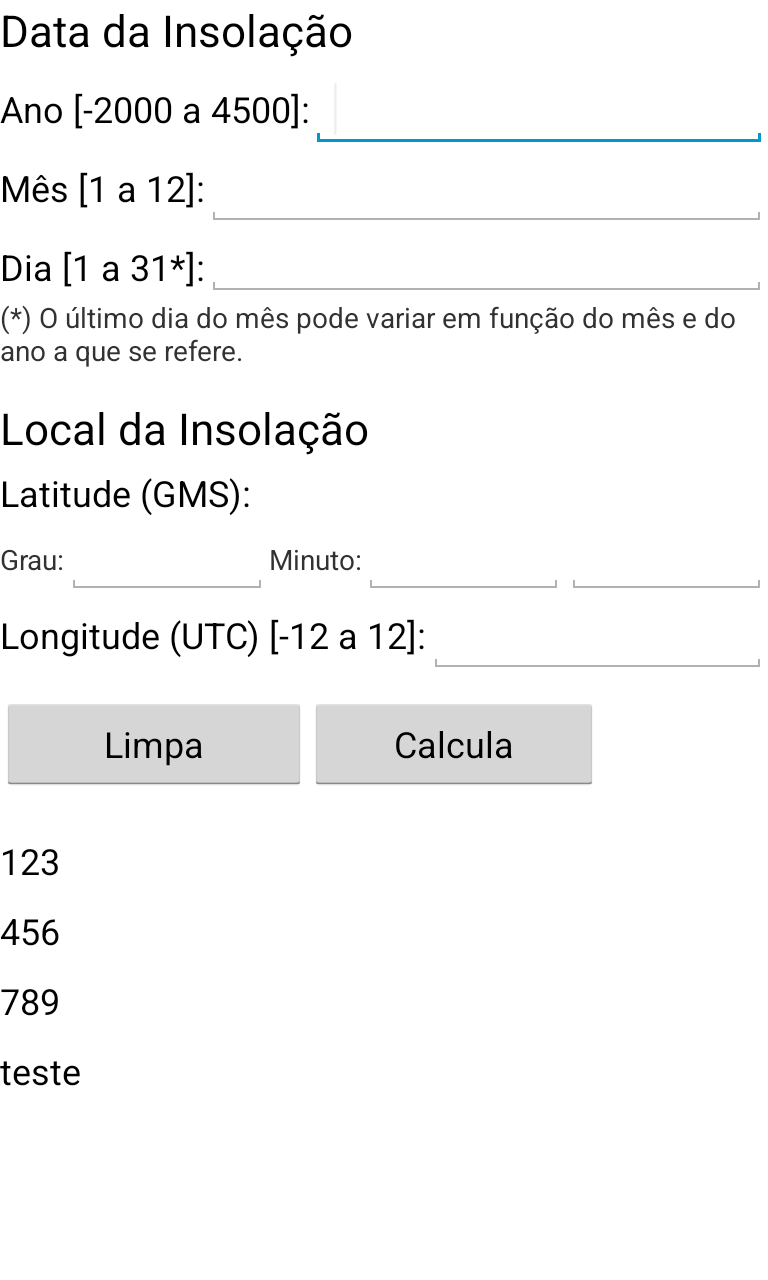
Repository: sergioPereiraBR/insolacao_terrestre
Layout: projeto/source code/InsolacaoTerrestre/res/layout/activity_insolacao_terrestre.xml
The author's editor kept a copy of each file at every save. The layout is drawn from the files as they stood at one save, then again after the next save.
It is drawn on a 768 x 1280 px phone screen (xhdpi) without system bars, with theme AppTheme; the app's code is not run.

Above is the layout before, as saved 2016-11-23 23:04:10.

### projeto/source code/InsolacaoTerrestre/res/layout/activity_insolacao_terrestre.xml
<LinearLayout xmlns:android="http://schemas.android.com/apk/res/android"
    xmlns:tools="http://schemas.android.com/tools"
    android:id="@+id/LinearLayout1"
    android:layout_width="match_parent"
    android:layout_height="match_parent"
    android:orientation="vertical"
    tools:context="${relativePackage}.${activityClass}" >

    <LinearLayout
        android:layout_width="fill_parent"
        android:layout_height="35dp" >

        <TextView
            android:id="@+id/textView4"
            android:layout_width="wrap_content"
            android:layout_height="wrap_content"
            android:text="Data da Insolação"
            android:textAppearance="?android:attr/textAppearanceLarge" />
    </LinearLayout>

    <LinearLayout
        android:layout_width="match_parent"
        android:layout_height="wrap_content" >

        <TextView
            android:id="@+id/textView5"
            android:layout_width="wrap_content"
            android:layout_height="wrap_content"
            android:text="Ano [-2000 a 4500]:"
            android:textAppearance="?android:attr/textAppearanceMedium" />

        <EditText
            android:id="@+id/editText1"
            android:layout_width="fill_parent"
            android:layout_height="wrap_content"
            android:layout_weight="1"
            android:ems="10"
            android:inputType="numberSigned" >

            <requestFocus android:layout_width="wrap_content" />

        </EditText>
    </LinearLayout>

    <LinearLayout
        android:layout_width="match_parent"
        android:layout_height="wrap_content"
        android:orientation="horizontal" >

        <TextView
            android:id="@+id/textView1"
            android:layout_width="wrap_content"
            android:layout_height="wrap_content"
            android:text="Mês [1 a 12]:"
            android:textAppearance="?android:attr/textAppearanceMedium" />

        <EditText
            android:id="@+id/editText2"
            android:layout_width="fill_parent"
            android:layout_height="wrap_content"
            android:layout_weight="0.39"
            android:ems="10"
            android:inputType="number" />

    </LinearLayout>

    <LinearLayout
        android:layout_width="match_parent"
        android:layout_height="wrap_content"
        android:orientation="vertical" >

        <LinearLayout
            android:layout_width="match_parent"
            android:layout_height="35dp" >

            <TextView
                android:id="@+id/textView2"
                android:layout_width="wrap_content"
                android:layout_height="wrap_content"
                android:text="Dia [1 a 31*]:"
                android:textAppearance="?android:attr/textAppearanceMedium" />

            <EditText
                android:id="@+id/editText3"
                android:layout_width="fill_parent"
                android:layout_height="wrap_content"
                android:layout_weight="1"
                android:ems="10"
                android:inputType="number" />
        </LinearLayout>

        <TextView
            android:id="@+id/textView11"
            android:layout_width="wrap_content"
            android:layout_height="50dp"
            android:layout_weight="1"
            android:text="(*) O último dia do mês pode variar em função do mês e do ano a que se refere."
            android:textAppearance="?android:attr/textAppearanceSmall" />

    </LinearLayout>

    <LinearLayout
        android:layout_width="match_parent"
        android:layout_height="35dp" >

        <TextView
            android:id="@+id/textView3"
            android:layout_width="wrap_content"
            android:layout_height="wrap_content"
            android:text="Local da Insolação"
            android:textAppearance="?android:attr/textAppearanceLarge" />

    </LinearLayout>

    <LinearLayout
        android:layout_width="match_parent"
        android:layout_height="wrap_content" >

        <TextView
            android:id="@+id/textView6"
            android:layout_width="wrap_content"
            android:layout_height="wrap_content"
            android:text="Latitude (GMS):"
            android:textAppearance="?android:attr/textAppearanceMedium" />

    </LinearLayout>

    <LinearLayout
        android:layout_width="match_parent"
        android:layout_height="wrap_content" >

        <TextView
            android:id="@+id/textView7"
            android:layout_width="wrap_content"
            android:layout_height="wrap_content"
            android:text="Grau:"
            android:textAppearance="?android:attr/textAppearanceSmall" />

        <EditText
        	android:id="@+id/editText4"
            android:layout_width="wrap_content"
            android:layout_height="wrap_content"
            android:layout_weight="1"
            android:ems="10"
            android:inputType="numberSigned" />


        <TextView
            android:id="@+id/textView8"
            android:layout_width="wrap_content"
            android:layout_height="wrap_content"
            android:text="Minuto:"
            android:textAppearance="?android:attr/textAppearanceSmall" />

        <EditText
            android:id="@+id/editText5"
            android:layout_width="wrap_content"
            android:layout_height="wrap_content"
            android:layout_weight="1"
            android:ems="10"
            android:inputType="number" />

        <EditText
            android:id="@+id/editText6"
            android:layout_width="wrap_content"
            android:layout_height="wrap_content"
            android:layout_weight="1"
            android:ems="10"
            android:inputType="numberDecimal" />

    </LinearLayout>

    <LinearLayout
        android:layout_width="match_parent"
        android:layout_height="50dp"
        android:orientation="horizontal" >

        <Space
            android:layout_width="wrap_content"
            android:layout_height="match_parent" />

        <TextView
            android:id="@+id/textView10"
            android:layout_width="wrap_content"
            android:layout_height="wrap_content"
            android:text="Longitude (UTC) [-12 a 12]:"
            android:textAppearance="?android:attr/textAppearanceMedium" />

        <EditText
            android:id="@+id/editText7"
            android:layout_width="fill_parent"
            android:layout_height="wrap_content"
            android:layout_weight="1"
            android:ems="10"
            android:inputType="numberSigned" />

    </LinearLayout>

    <LinearLayout
        android:layout_width="fill_parent"
        android:layout_height="70dp"
        android:orientation="horizontal" >

        <RelativeLayout
            android:layout_width="wrap_content"
            android:layout_height="match_parent" >

            <Button
                android:id="@+id/button2"
                android:layout_width="154dp"
                android:layout_height="wrap_content"
                android:layout_alignParentLeft="true"
                android:layout_alignParentTop="true"
                android:text="Limpa" />

        </RelativeLayout>

        <Button
            android:id="@+id/button1"
            android:layout_width="146dp"
            android:layout_height="wrap_content"
            android:text="Calcula" />

    </LinearLayout>

    <LinearLayout
        android:layout_width="match_parent"
        android:layout_height="150dp"
        android:orientation="vertical" >

        <TextView
            android:id="@+id/textView13"
            android:layout_width="wrap_content"
            android:layout_height="35dp"
            android:text="123"
            android:textAppearance="?android:attr/textAppearanceMedium" />

        <TextView
            android:id="@+id/textView14"
            android:layout_width="wrap_content"
            android:layout_height="35dp"
            android:text="456"
            android:textAppearance="?android:attr/textAppearanceMedium" />

        <TextView
            android:id="@+id/textView15"
            android:layout_width="wrap_content"
            android:layout_height="35dp"
            android:text="789"
            android:textAppearance="?android:attr/textAppearanceMedium" />

        <TextView
            android:id="@+id/textView12"
            android:layout_width="wrap_content"
            android:layout_height="wrap_content"
            android:text="teste"
            android:textAppearance="?android:attr/textAppearanceMedium" />

    </LinearLayout>

</LinearLayout>

Loaded but not shown: projeto/source code/InsolacaoTerrestre/res/values/styles.xml (common file); projeto/source code/InsolacaoTerrestre/res/values-v11/styles.xml (common file); projeto/source code/InsolacaoTerrestre/res/values-v14/styles.xml (common file)

After the next save:
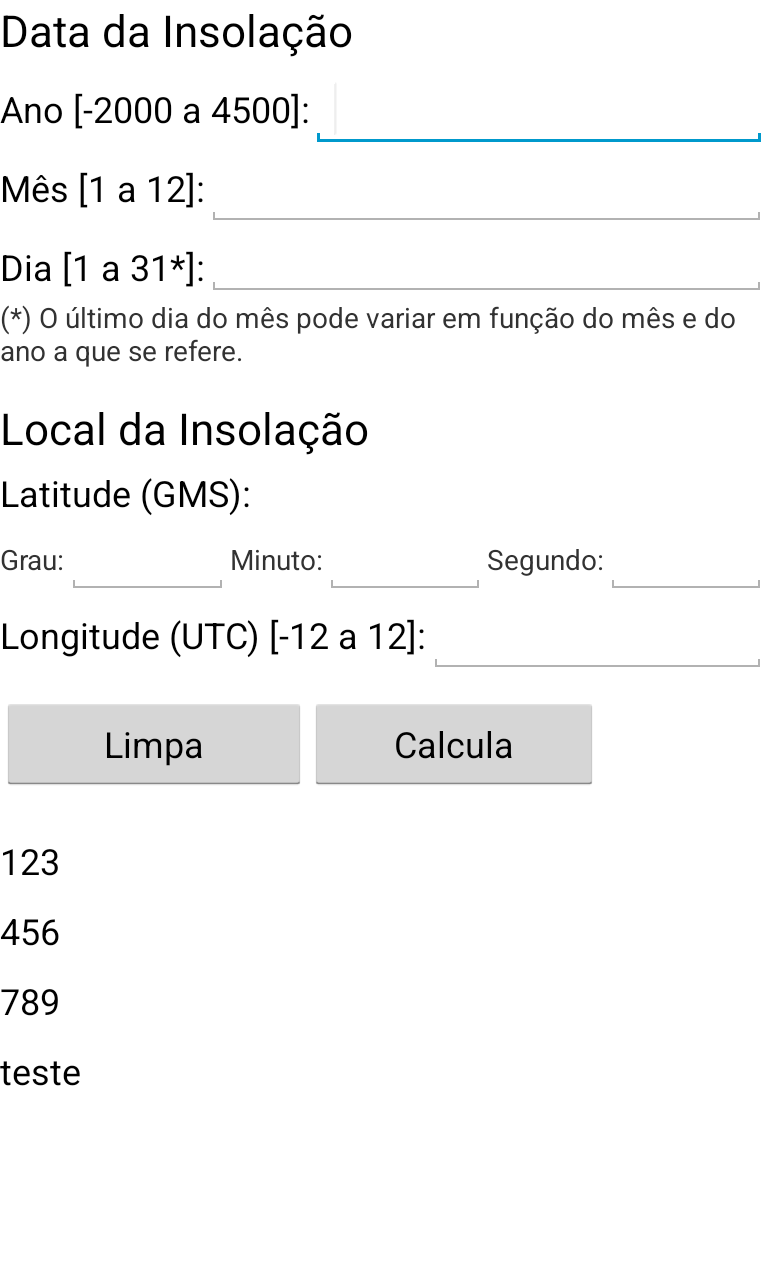
Saved 6 min 29 s later.
--- a/projeto/source code/InsolacaoTerrestre/res/layout/activity_insolacao_terrestre.xml
+++ b/projeto/source code/InsolacaoTerrestre/res/layout/activity_insolacao_terrestre.xml
@@ -160,6 +160,13 @@
             android:ems="10"
             android:inputType="number" />
 
+        <TextView
+            android:id="@+id/textView9"
+            android:layout_width="wrap_content"
+            android:layout_height="wrap_content"
+            android:text="Segundo:"
+            android:textAppearance="?android:attr/textAppearanceSmall" />
+
         <EditText
             android:id="@+id/editText6"
             android:layout_width="wrap_content"
